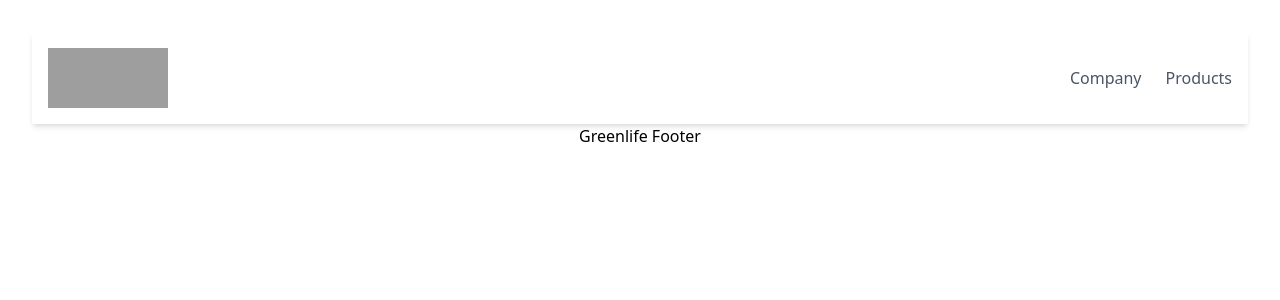
Repository: estevam02009/greenlife
Page: /
An editor plug-in stored every save of this project. The page is shown before and after the next save, followed by the edit.
The browser window is 1280 px wide. The pictures show the whole page.
Pictures or frames that could not be fetched are drawn as grey boxes. The project was rebuilt for these pictures with package versions that can differ from the ones it lists, and the page was loaded fresh each time. Also part of the build but not shown: vite.config.js.

Above is the page before, as saved 2025-07-23 09:42:04.

### src/index.css
@import 'tailwindcss';
/* :root {
  font-family: system-ui, Avenir, Helvetica, Arial, sans-serif;
  line-height: 1.5;
  font-weight: 400;

  color-scheme: light dark;
  color: rgba(255, 255, 255, 0.87);
  background-color: #242424;

  font-synthesis: none;
  text-rendering: optimizeLegibility;
  -webkit-font-smoothing: antialiased;
  -moz-osx-font-smoothing: grayscale;
}

a {
  font-weight: 500;
  color: #646cff;
  text-decoration: inherit;
}
a:hover {
  color: #535bf2;
}

body {
  margin: 0;
  display: flex;
  place-items: center;
  min-width: 320px;
  min-height: 100vh;
}

h1 {
  font-size: 3.2em;
  line-height: 1.1;
}

button {
  border-radius: 8px;
  border: 1px solid transparent;
  padding: 0.6em 1.2em;
  font-size: 1em;
  font-weight: 500;
  font-family: inherit;
  background-color: #1a1a1a;
  cursor: pointer;
  transition: border-color 0.25s;
}
button:hover {
  border-color: #646cff;
}
button:focus,
button:focus-visible {
  outline: 4px auto -webkit-focus-ring-color;
}

@media (prefers-color-scheme: light) {
  :root {
    color: #213547;
    background-color: #ffffff;
  }
  a:hover {
    color: #747bff;
  }
  button {
    background-color: #f9f9f9;
  }
} */

### src/App.jsx
import Navbar from './components/Navbar'
import Footer from './components/Footer'
import './App.css'

function App() {

  return (
    <div className=''>
      <Navbar />
      <Footer />
    </div>
  )
}

export default App

### src/components/Navbar.jsx
import React from "react"

const Navbar = () => {
    return (
        <nav className="bg-white p-4 shadow-md">
            <div className="container mx-auto flex items-center justify-between">
                {/* LOGO */}
                <div className="flex items-center">
                    <img src="https://greenlifecashew.com.br/wp-content/uploads/2021/05/logo_header.png" alt="Logo da Empresa" className="h-15 w-30 mr-2" />
                </div>
                {/* Navegação */}
                <ul className="flex space-x-6">
                    <li>
                        <a href="#" className="text-gray-600 hover:text-blue-600 transition duration-300">Company</a>
                    </li>
                    <li>
                        <a href="#" className="text-gray-600 hover:text-blue-600 transition duration-300">Products</a>
                    </li>
                </ul>
            </div>


        </nav>
    )
}

export default Navbar

### src/components/Footer.jsx
import React from "react"

const Footer = () => {
    return (
        <div>
            <h1>Greenlife Footer</h1>
        </div>
    )
}

export default Footer

Loaded but not shown: index.html (common file); src/main.jsx (common file); src/App.css (common file)

After the next save:
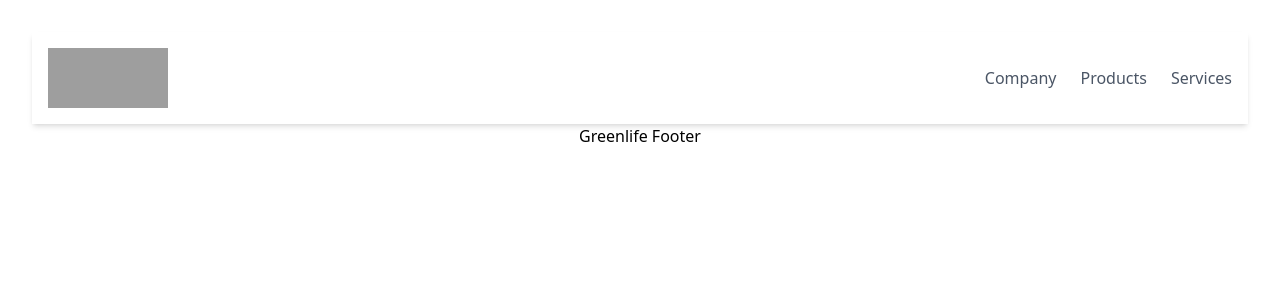
Saved 6 s later.
--- a/src/components/Navbar.jsx
+++ b/src/components/Navbar.jsx
@@ -16,6 +16,9 @@
                     <li>
                         <a href="#" className="text-gray-600 hover:text-blue-600 transition duration-300">Products</a>
                     </li>
+                    <li>
+                        <a href="#" className="text-gray-600 hover:text-blue-600 transition duration-300">Services</a>
+                    </li>
                 </ul>
             </div>
 
